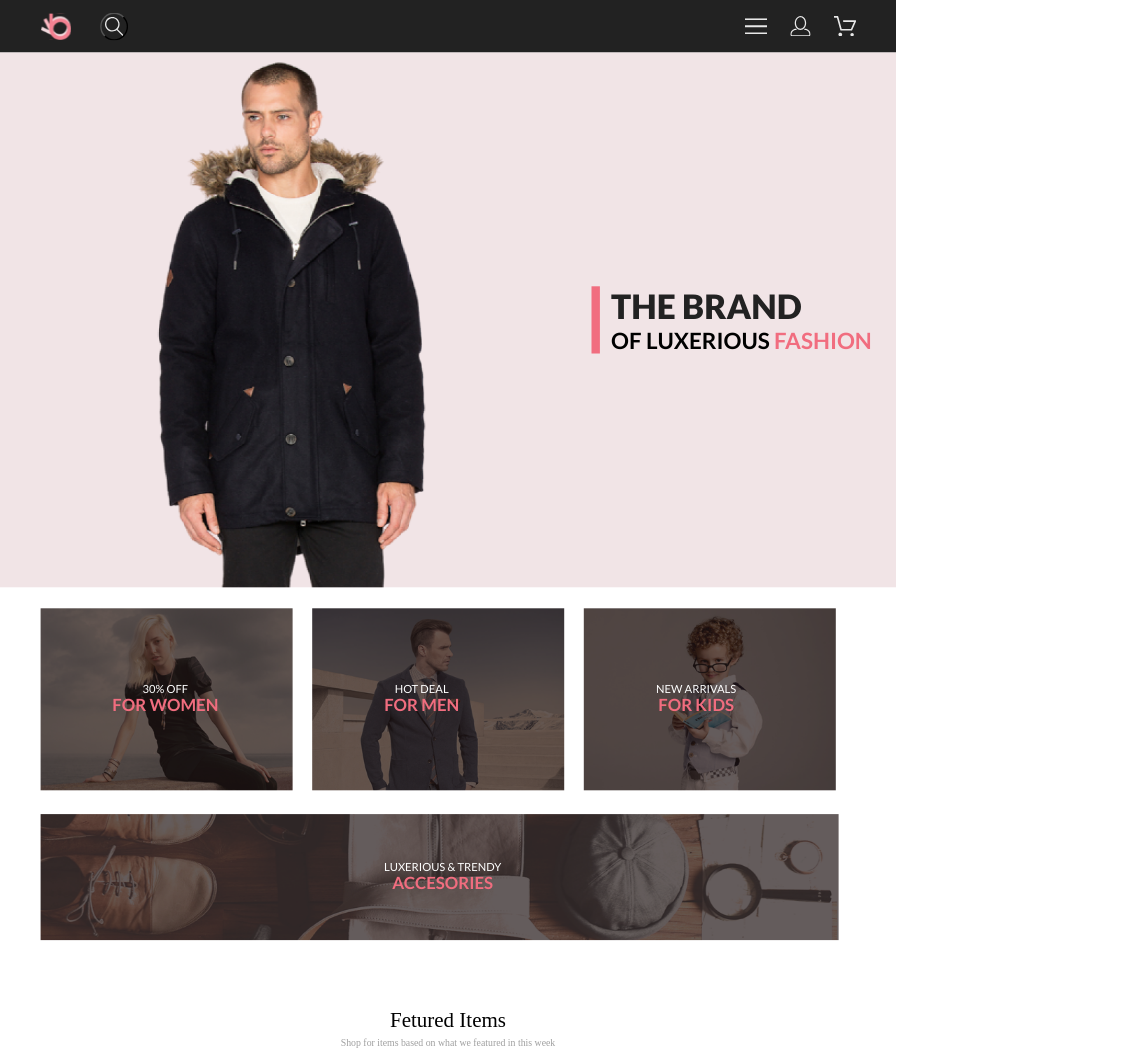
Repository: shtepaa/work-show-linkid
Page: les01/index.html
These files come from the project's save history. The page is drawn as it stood at one moment and after the next save; the edit follows.
The browser window is 1280 px wide. The page is 1280 px wide, then 1617 px, then 1280 px, so the pictures cover 1617 px, including what lies to the right of the window. The pictures show the part of the page from y = 0 to 1520 px (the page is 3886 px tall), at 70% of full size.

Above is the page before, as saved 2022-02-15 12:20:13.

After the next save:
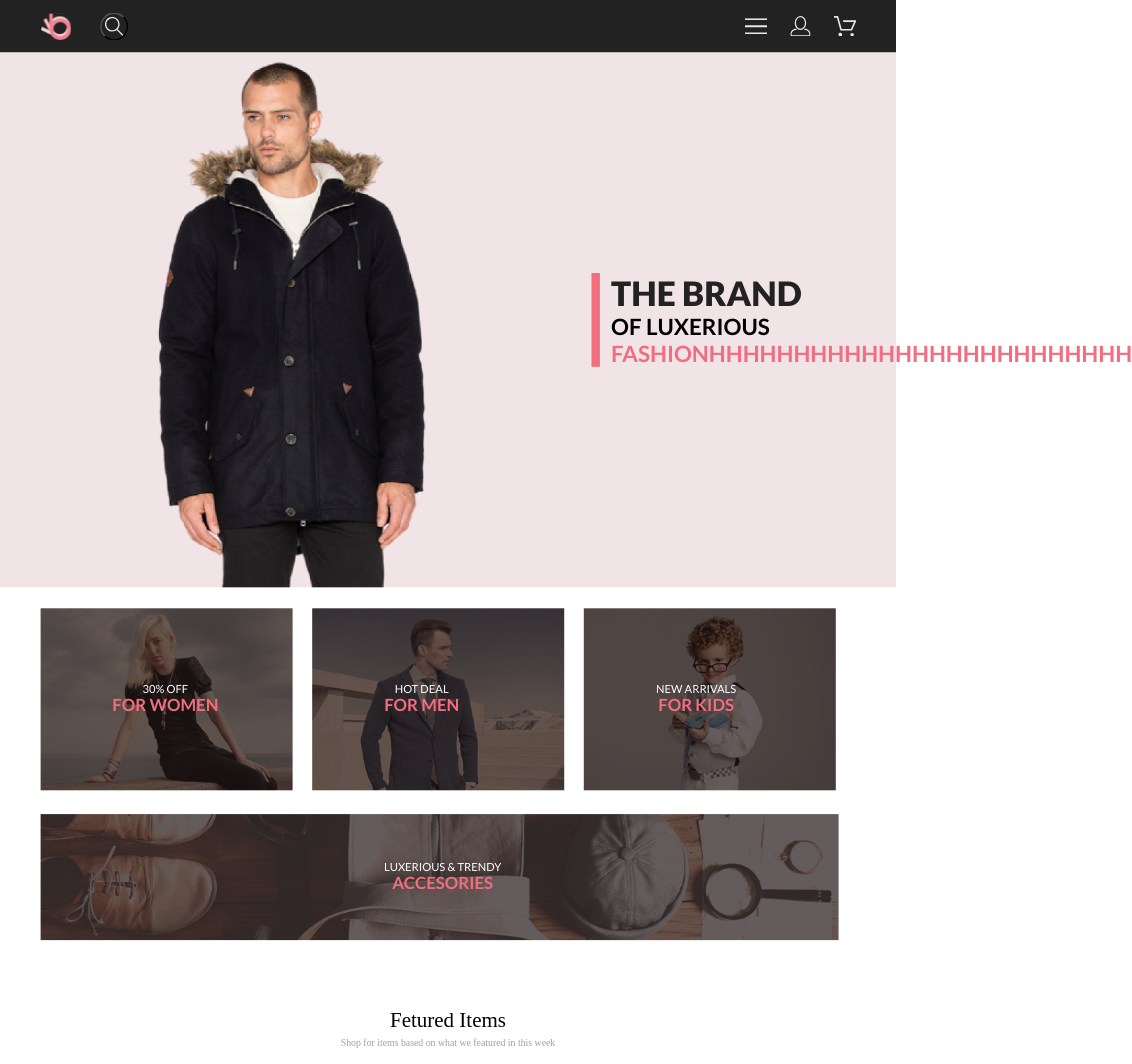
Saved 14 s later.
--- a/les01/index.html
+++ b/les01/index.html
@@ -83,7 +83,7 @@
               <div class="pink-line">
               <div class="header-column">
                 <h1>The brand</h1>
-                <h2>of luxerious <span class="pink-word"> fashion</span></h2>
+                <h2>of luxerious <span class="pink-word"> fashionhhhhhhhhhhhhhhhhhhhhhhhhh</span></h2>
               </div>
             </div>
             </div>

After the save that followed:
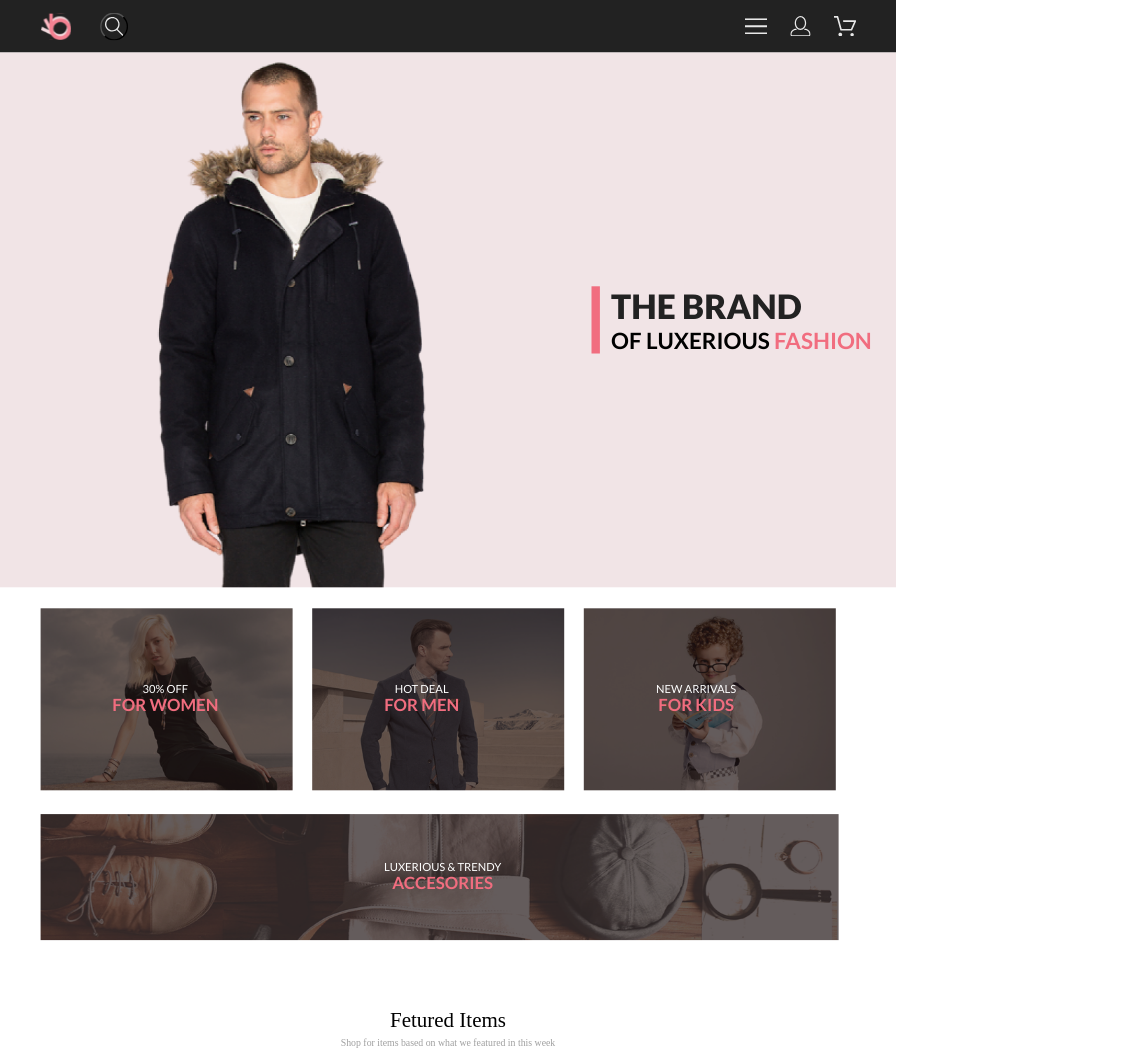
Saved 12 s later.
--- a/les01/index.html
+++ b/les01/index.html
@@ -83,7 +83,7 @@
               <div class="pink-line">
               <div class="header-column">
                 <h1>The brand</h1>
-                <h2>of luxerious <span class="pink-word"> fashionhhhhhhhhhhhhhhhhhhhhhhhhh</span></h2>
+                <h2>of luxerious <span class="pink-word"> fashion</span></h2>
               </div>
             </div>
             </div>
